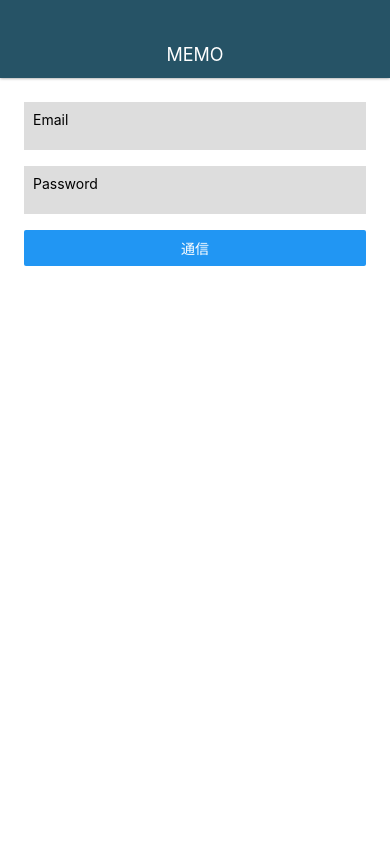
Repository: NagataRyuji0630/memo_app_for_reactNative
Screen: /
The author's editor kept a copy of each file at every save. The screen is drawn from the files as they stood at one save, then again after the next save.
The app was drawn by React Native's web renderer in a window 390 px wide. The project was rebuilt for these pictures with package versions that can differ from the ones it lists, and the page was loaded fresh each time. Some packages were replaced by stand-ins written for this rebuild. Also part of the build but not shown: src/components/MemoList.jsx, src/elements/CircleBtn.jsx, src/screens/MemoListScreen.jsx, src/screens/MemoDetailScreen.jsx, src/screens/MemoEditScreen.jsx.

Above is the screen before, as saved 2020-05-15 08:37:53.

After the next save:
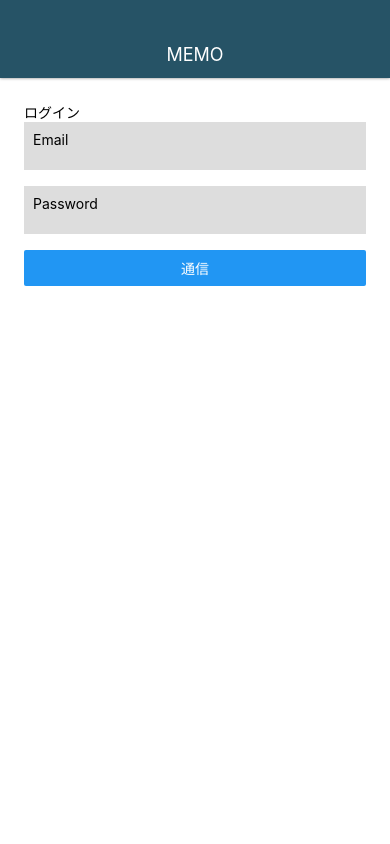
Saved 29 s later.
--- a/src/screens/LoginScreen.jsx
+++ b/src/screens/LoginScreen.jsx
@@ -27,6 +27,7 @@ class LoginScreen extends Component {
     render() {
         return (
             <View style={styles.container}>
+                    <Text>ログイン</Text>
                     <TextInput style={styles.input} value='Email' multiline />
                     <TextInput style={styles.input} value='Password' multiline />
                     <Button title='通信' onPress={() => {}}/>
